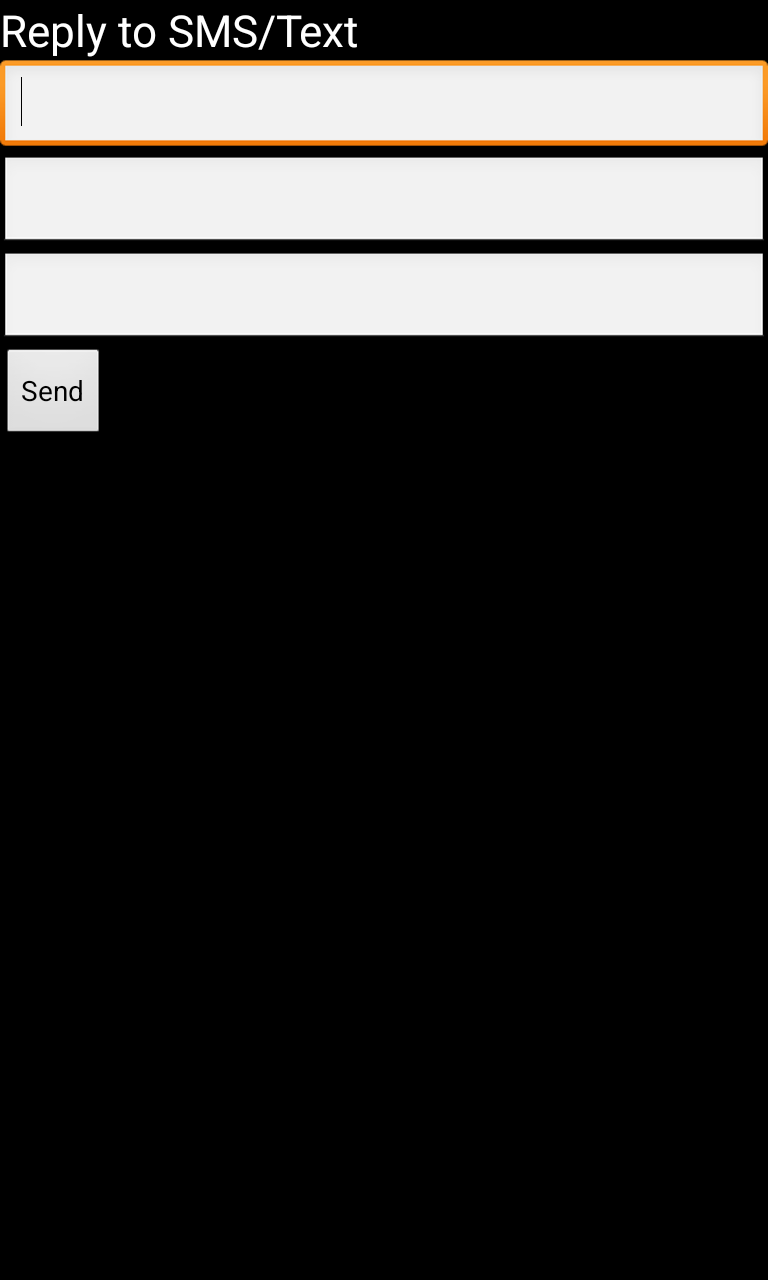
Repository: smartapps08/addteqtutorials
Layout: BroadcastReceiver tutorial/res/layout/main.xml
These files come from the project's save history. The layout is drawn as it stood at one moment and after the next save; the edit follows.
It is drawn on a 768 x 1280 px phone screen (xhdpi) without system bars, with theme android:Theme; the app's code is not run.

Above is the layout before, as saved 2012-06-08 15:30:00.

After the next save:
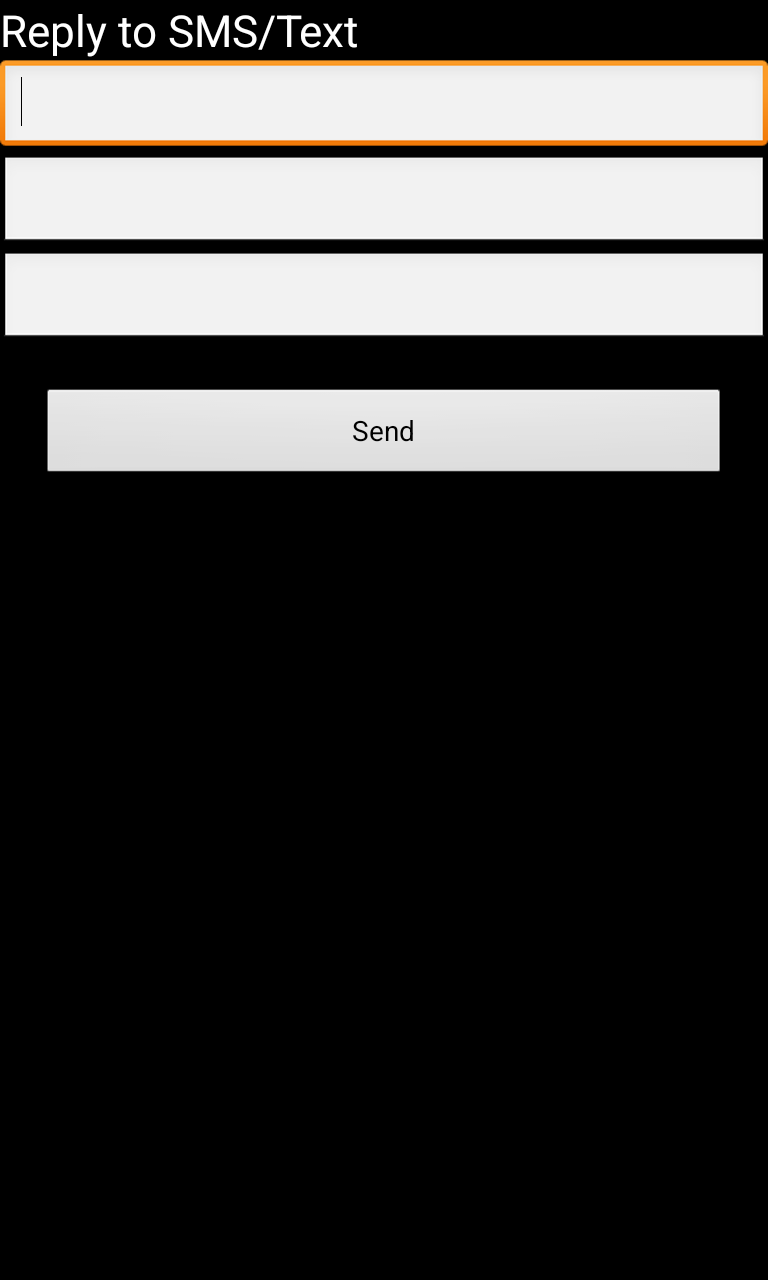
Saved 24 s later.
--- a/BroadcastReceiver tutorial/res/layout/main.xml
+++ b/BroadcastReceiver tutorial/res/layout/main.xml
@@ -35,7 +35,8 @@
 
     <Button
         android:id="@+id/btnSend"
-        android:layout_width="wrap_content"
+        android:layout_margin="20dp"
+        android:layout_width="fill_parent"
         android:layout_height="wrap_content"
         android:text="Send" />
 
